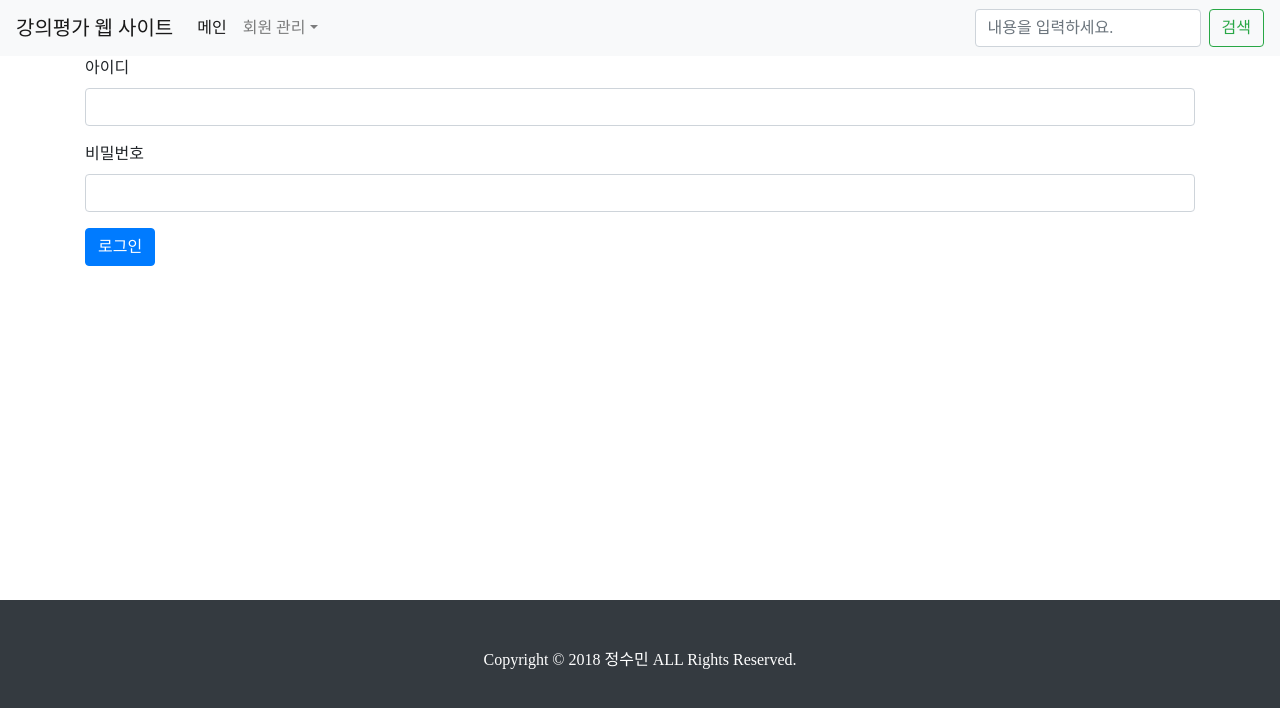
Repository: codelifee/Lecture-Evaluation-Project---java
Page: http://localhost/Lecture_Evaluation/userJoin.jsp
An editor plug-in stored every save of this project. The page is shown before and after the next save, followed by the edit.
The browser window is 1280 px wide. The pictures show the whole page.
Some web fonts or font styles are not loaded; a fallback is used. The page is served by Tomcat 9. Other server files are loaded and not shown.

Above is the page before, as saved 2020-08-26 01:34:38.

### Lecture Evaluation/WebContent/userJoin.jsp
<%@ page language="java" contentType="text/html; charset=UTF-8"
    pageEncoding="UTF-8"%>
<!DOCTYPE html>
<html>
<head>
	<meta http-equiv="Content-type" content="text/html" charset="UTF-8">
	<meta name="viewport" content= "width=device-width, initial-scale=1, shrink-to-fit=no">
	<title>강의평가 웹 사이트</title>
	<!--부트스트랩 CSS 추가하기-->
	<link rel="stylesheet" href="./css/bootstrap.min.css">
	<!--custom CSS 추가하기-->
	<link rel="stylesheet" href="./css/custom.css">
</head>
<body style="height: 100%;">
	<nav class="navbar navbar-expand-lg navbar-light bg-light">
		<a class="navbar-brand" href="index.jsp">강의평가 웹 사이트</a>
		<button class="navbar-toggler" type="button" data-toggle="collapse" data-target="#navbar">
			<span class="navbar-toggler-icon"></span>
		</button>
		<div id="navbar" class="collapse navbar-collapse">
			<ul class="navbar-nav mr-auto">
				<li class="nav-item active">
					<a class="nav-link" href="index.jsp">메인</a>
				</li>
				<li class="nav-item dropdown">
					<a class="nav-link dropdown-toggle" id="dropdown" data-toggle="dropdown">회원 관리</a>
					<div class="dropdown-menu" aria-labelledby="dropdown">
						<a class="dropdown-item" href="#">로그인</a>
						<a class="dropdown-item" href="#">회원가입</a>
						<a class="dropdown-item" href="#">로그아웃</a>
					</div>
				</li>
			</ul>
		</div>
		<form class="form-inline my-2 my-lg-0">
			<input class="form-control mr-sm-2" type="search" placeholder="내용을 입력하세요." aria-label="search">
			<button class="btn btn-outline-success my-2 my-sm-0" type="submit">검색</button>
		</form>
	</nav>
	<section class="container" style="max-width: 560;">
	 	<form method="post" action="./userLoginAction.jsp">
	 		<div class="form-group">
	 			<label>아이디</label>
	 			<input type="text" name="userID" class="form-control">
	 		</div>
	 		<div class="form-group">
	 			<label>비밀번호</label>
	 			<input type="password" name="userPassword" class="form-control">
	 		</div>
	 		<botton type="submit" class="btn btn-primary">로그인</botton>
	 	</form>
	</section>
	<footer class="bg-dark mt-4 p-5 text-center fixed-bottom" style="color: #FFFFFF;">
		Copyright &copy; 2018 정수민 ALL Rights Reserved.
	</footer>
	<!-- 제이쿼리 자바스크립트 추가하기 -->
	<script src="./js/jquery.min.js"></script>
	<!-- jqeury 자바스크립트 추가하기 -->
	<script src="./js/bootstrap.min.js"></script>
	<!-- popper 자바스크립트 추가하기 -->
	<script src="./js/popper.js"></script>
</body>
</html>

### Lecture Evaluation/WebContent/css/custom.css
@import url(https://fonts.googleapis.com/earlyaccess/jejugothic.css);
@import url(https://fonts.googleapis.com/earlyaccess/hanna.css);
.navbar-brand, h1, h2, h3, h4 {
	font-family: 'jeju Gothic';
}
h5 {
	font-family: 'jeju Gothic';
	font-size: 18px;
}
body {
	font-family: 'Hanna';
}
html{
	height: 100vh;
}

Loaded but not shown: Lecture Evaluation/WebContent/css/bootstrap.min.css (library); Lecture Evaluation/WebContent/js/jquery.min.js (library); Lecture Evaluation/WebContent/js/bootstrap.min.js (library); Lecture Evaluation/WebContent/js/popper.js (library)

After the next save:
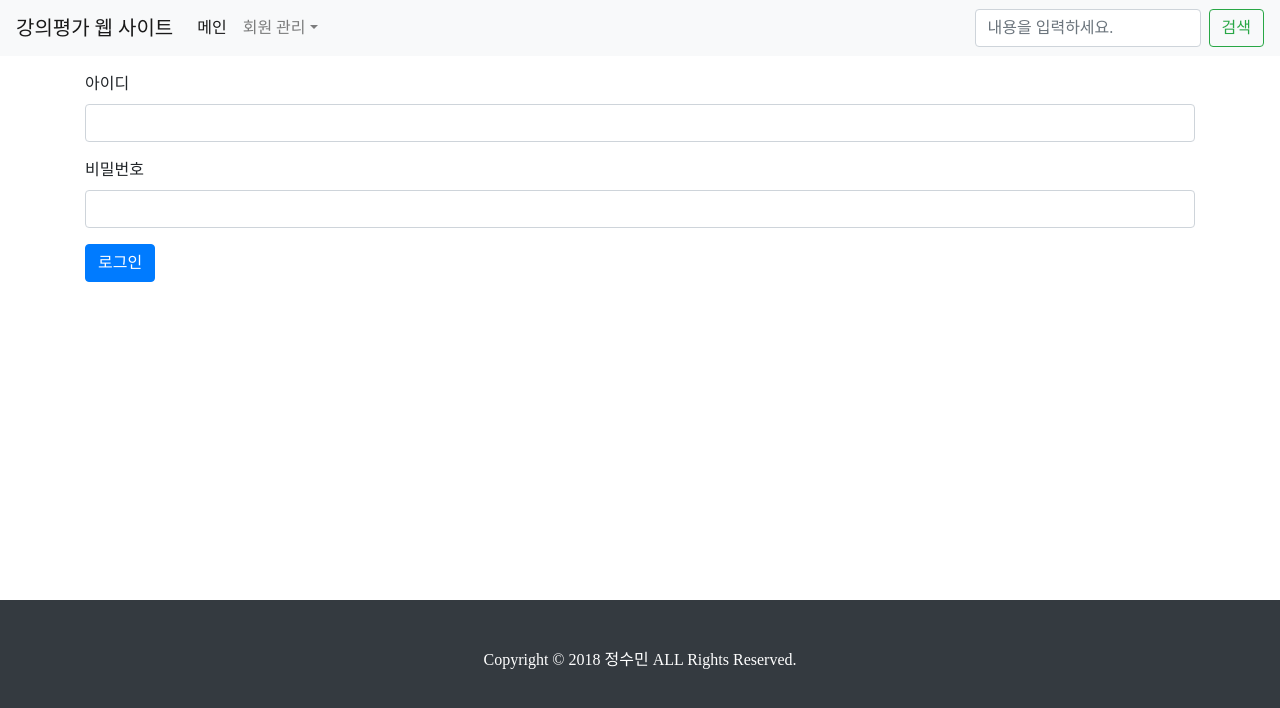
Saved 24 min 11 s later.
--- a/Lecture Evaluation/WebContent/userJoin.jsp
+++ b/Lecture Evaluation/WebContent/userJoin.jsp
@@ -37,7 +37,7 @@
 			<button class="btn btn-outline-success my-2 my-sm-0" type="submit">검색</button>
 		</form>
 	</nav>
-	<section class="container" style="max-width: 560;">
+	<section class="container mt-3" sstyle="max-width: 560;">
 	 	<form method="post" action="./userLoginAction.jsp">
 	 		<div class="form-group">
 	 			<label>아이디</label>
